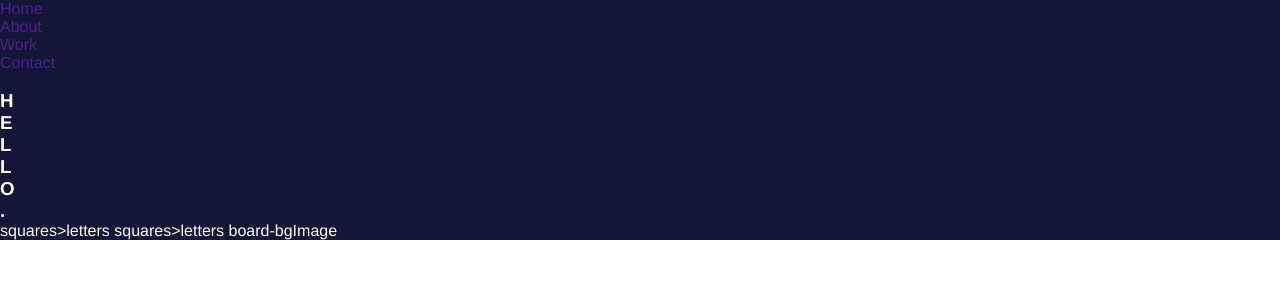
Repository: keloriane/animation-live
Page: /
The author's editor kept a copy of each file at every save. The page is drawn from the files as they stood at one save, then again after the next save.
The browser window is 1280 px wide. The pictures show the whole page.
The project was rebuilt for these pictures with package versions that can differ from the ones it lists, and the page was loaded fresh each time.

Above is the page before, as saved 2020-02-17 11:50:21.

### src/index.css
body {
  margin: 0;
  font-family: 'Helvetica Neue', 'Segoe UI', 'Roboto', 'Oxygen',
    'Ubuntu', 'Cantarell', 'Fira Sans', 'Droid Sans',
    sans-serif;
  -webkit-font-smoothing: antialiased;
  -moz-osx-font-smoothing: grayscale;
}

code {
  font-family: source-code-pro, Menlo, Monaco, Consolas, 'Courier New',
    monospace;
}
*{
  padding: 0;
  margin: 0;
  text-decoration: none;
}

### src/App.js
import React from 'react';
import logo from './logo.svg';
import Home from './views/Home';
import './App.css';

function App() {
  return (
    <div className="App">
     <Home />
    </div>
  );
}

export default App;

### src/views/Home.js
import React from 'react'
import Nav from './../components/Nav/Nav';
const Home = () => {
    return (
        <div id="main-home">
            <Nav/>
            <div className="board-animation">
                <div className="title">
                    <div className="square">
                        <div className="typo">
                            <h3>H</h3>
                        </div>
                    </div>
                    <div className="square">
                        <div className="typo">
                            <h3>E</h3>
                        </div>
                    </div>
                    <div className="square">
                        <div className="typo">
                            <h3>L</h3>
                        </div>
                    </div>
                    <div className="square">
                        <div className="typo">
                            <h3>L</h3>
                        </div>
                    </div>
                    <div className="square">
                        <div className="typo">
                            <h3>O</h3>
                        </div>
                    </div>
                    <div className="square">
                        <div className="typo">
                            <h3>.</h3>
                        </div>
                    </div>
                </div>

            </div>
                    squares>letters
                       squares>letters
                    board-bgImage

        </div>
    )
}

export default Home

### src/App.css
.App{
  background-color: #131636;
  color: white;
}

### src/components/Nav/Nav.js
import React from 'react'

const Nav = () => {
    return (
        <nav>
            <ul>
                <li> <a href="">Home</a> </li>
                <li> <a href="">About</a> </li>
                <li> <a href="">Work</a> </li>
                <li> <a href="">Contact</a> </li>
                <li> <a href=""> </a> </li>
            </ul>
        </nav>
    )
}

export default Nav

### src/views/assets/Home.scss
.title{
    display: flex;
    .square{
        width: 97px;
        height: 119px;
        background: #FFFFFF;
        border: 1px solid #131636;
        .typo{
            h3{
                font-style: normal;
                font-weight: bold;
                font-size: 75px;
                line-height: 99px;
                text-align: center;
                color: #131636;
            }
        }

    }
}

Loaded but not shown: public/index.html (common file); src/index.js (common file); src/serviceWorker.js (common file)

After the next save:
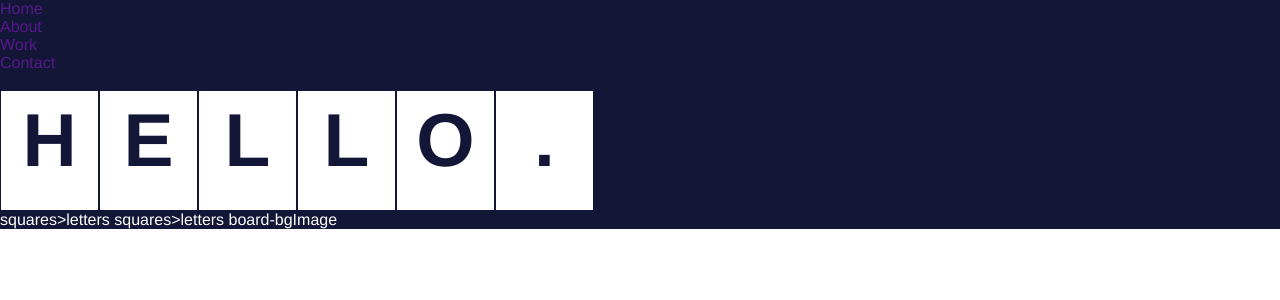
Saved 9 s later.
--- a/src/views/Home.js
+++ b/src/views/Home.js
@@ -1,5 +1,6 @@
-import React from 'react'
+import React from 'react';
 import Nav from './../components/Nav/Nav';
+import "./assets/Home.scss";
 const Home = () => {
     return (
         <div id="main-home">
